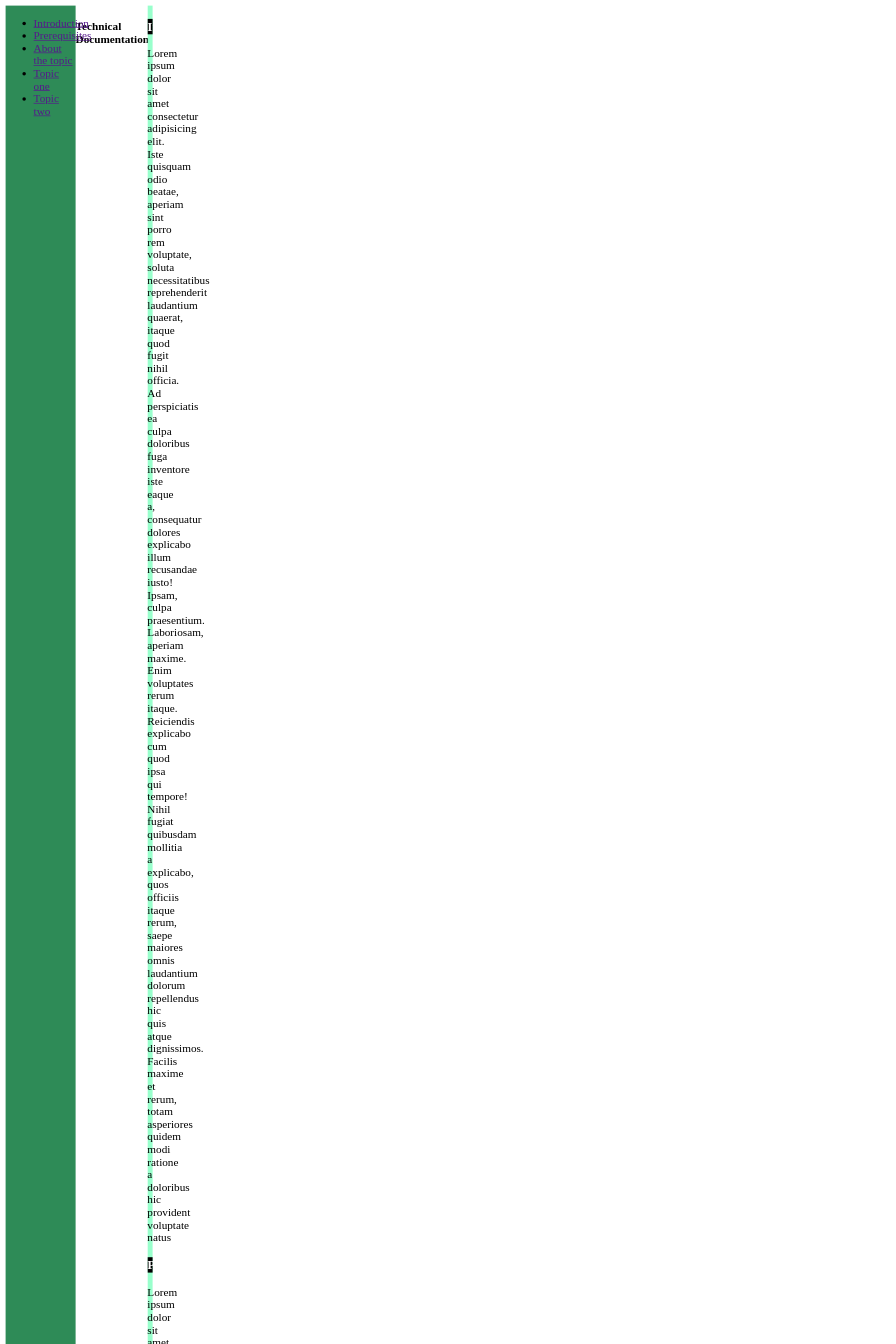
Repository: JoaoLemesDEV/Excercise-Tech-Documentation-Page
Page: index.html
The author's editor kept a copy of each file at every save. The page is drawn from the files as they stood at one save, then again after the next save.
The browser window is 1280 px wide. The pictures show the part of the page from y = 0 to 1920 px (the page is 4287 px tall before and 1805 px after), at 70% of full size.

Above is the page before, as saved 2021-10-03 21:22:20.

### index.html
<!DOCTYPE html>
<html lang="en">
  <head>
    <meta charset="UTF-8" />
    <meta http-equiv="X-UA-Compatible" content="IE=edge" />
    <meta name="viewport" content="width=device-width, initial-scale=1.0" />
    <title>Technical Documentaion</title>
    <link rel="stylesheet" href="index.css" />
  </head>
  <body>
    <div class="wrapper">
      <header><h4>Technical Documentation</h4></header>
      <div id="menu">
        <nav>
          <ul>
            <li><a href="">Introduction</a></li>
            <li><a href="">Prerequisites</a></li>
            <li><a href="">About the topic</a></li>
            <li><a href="">Topic one</a></li>
            <li><a href="">Topic two</a></li>
          </ul>
        </nav>
      </div>
      <div id="contents">
        <section id="introduction">
          <h3 style="background: black; color: white">Introduction</h3>
          <p>
            Lorem ipsum dolor sit amet consectetur adipisicing elit. Iste
            quisquam odio beatae, aperiam sint porro rem voluptate, soluta
            necessitatibus reprehenderit laudantium quaerat, itaque quod fugit
            nihil officia. Ad perspiciatis ea culpa doloribus fuga inventore
            iste eaque a, consequatur dolores explicabo illum recusandae iusto!
            Ipsam, culpa praesentium. Laboriosam, aperiam maxime. Enim
            voluptates rerum itaque. Reiciendis explicabo cum quod ipsa qui
            tempore! Nihil fugiat quibusdam mollitia a explicabo, quos officiis
            itaque rerum, saepe maiores omnis laudantium dolorum repellendus hic
            quis atque dignissimos. Facilis maxime et rerum, totam asperiores
            quidem modi ratione a doloribus hic provident voluptate natus
          </p>
        </section>
        <section id="Prerequisites">
          <h3 style="background: black; color: white">Prerequisites</h3>
          <p>
            Lorem ipsum dolor sit amet consectetur, adipisicing elit. Assumenda
            totam itaque eligendi vitae placeat similique error ullam vel,
            officia magni nulla maxime nostrum ad. Aliquid magni reprehenderit
            quod dolores ut?
          </p>
        </section>
        <section id="about the topic">
          <h3 style="background: black; color: white">About the topic</h3>
          <p>
            Lorem ipsum dolor sit, amet consectetur adipisicing elit. Beatae
            cumque repudiandae ratione, natus nisi facilis suscipit, vel nemo
            amet ducimus voluptates architecto voluptatum ipsam expedita itaque,
            quasi aliquam vitae modi?
          </p>
        </section>
        <section id="topic one">
          <h3 style="background: black; color: white">Topic one</h3>
          <p>
            Lorem ipsum dolor sit, amet consectetur adipisicing elit.
            Consectetur modi quidem minima, reprehenderit autem itaque, in
            voluptas laudantium quam ratione animi fuga voluptatum aut beatae
            dolorem velit soluta? Amet, quo.
          </p>
        </section>
        <section id="topic two">
          <h3 style="background: black; color: white">Topic two</h3>
          <p>
            Lorem ipsum dolor sit amet consectetur adipisicing elit. Quia,
            possimus fugit deleniti, maiores asperiores non dolores optio magnam
            aspernatur amet dolore ipsum in quaerat assumenda neque totam sunt
            odit dolorum.
          </p>
        </section>
      </div>
    </div>
  </body>
</html>

### index.css
#menu{
background-color: seagreen;
grid-row-start: 1;
grid-row-end: 2;

}

.wrapper {
    display: grid;
    grid-template-columns: 100px 100px 10px;
    //grid-template-rows: 150px 150px;
}

#contents{
  background-color: cadetblue;
	margin-left: 25%;
	background: #9FC;
  text-align: justify;
}

After the next save:
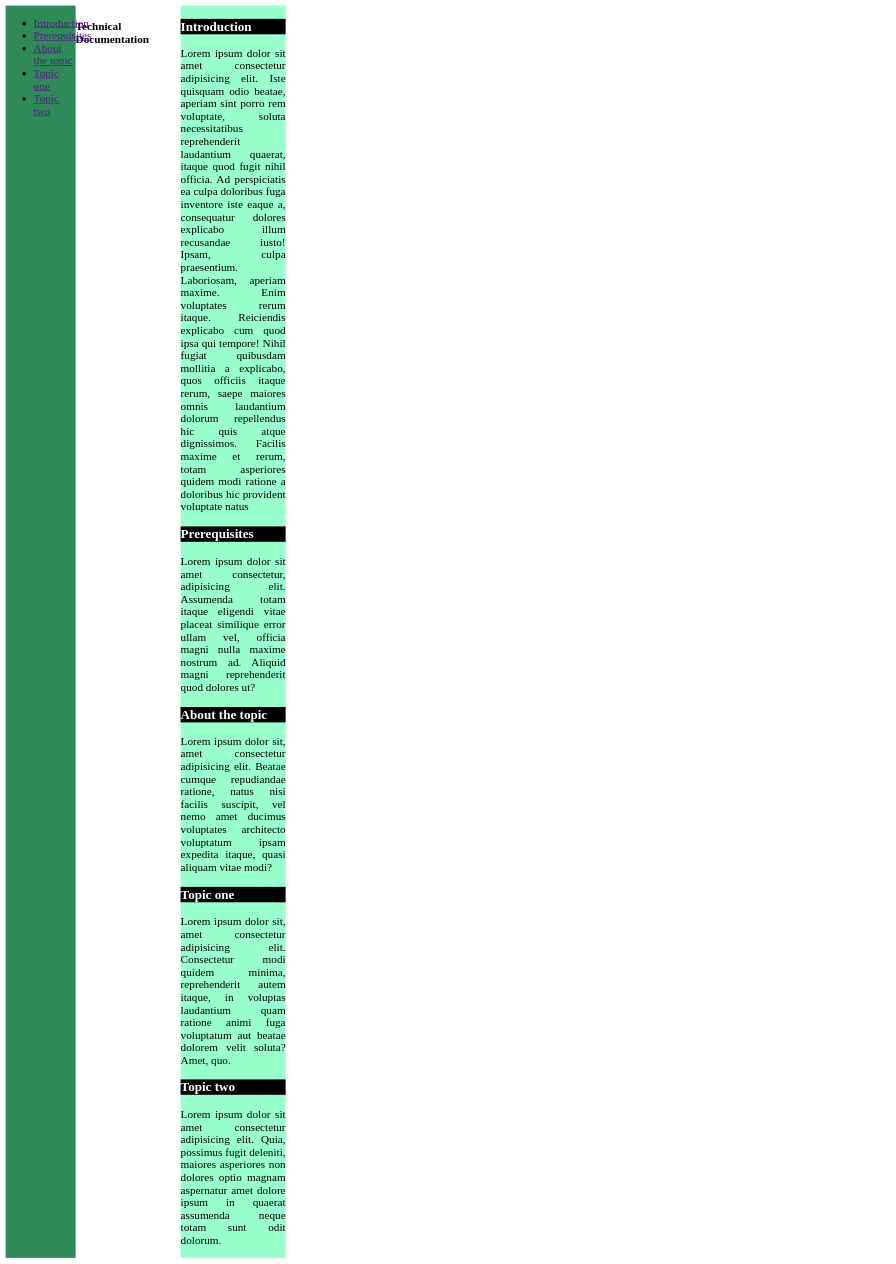
Saved 4 s later.
--- a/index.css
+++ b/index.css
@@ -7,7 +7,7 @@ grid-row-end: 2;
 
 .wrapper {
     display: grid;
-    grid-template-columns: 100px 100px 10px;
+    grid-template-columns: 100px 100px 200px;
     //grid-template-rows: 150px 150px;
 }
 
